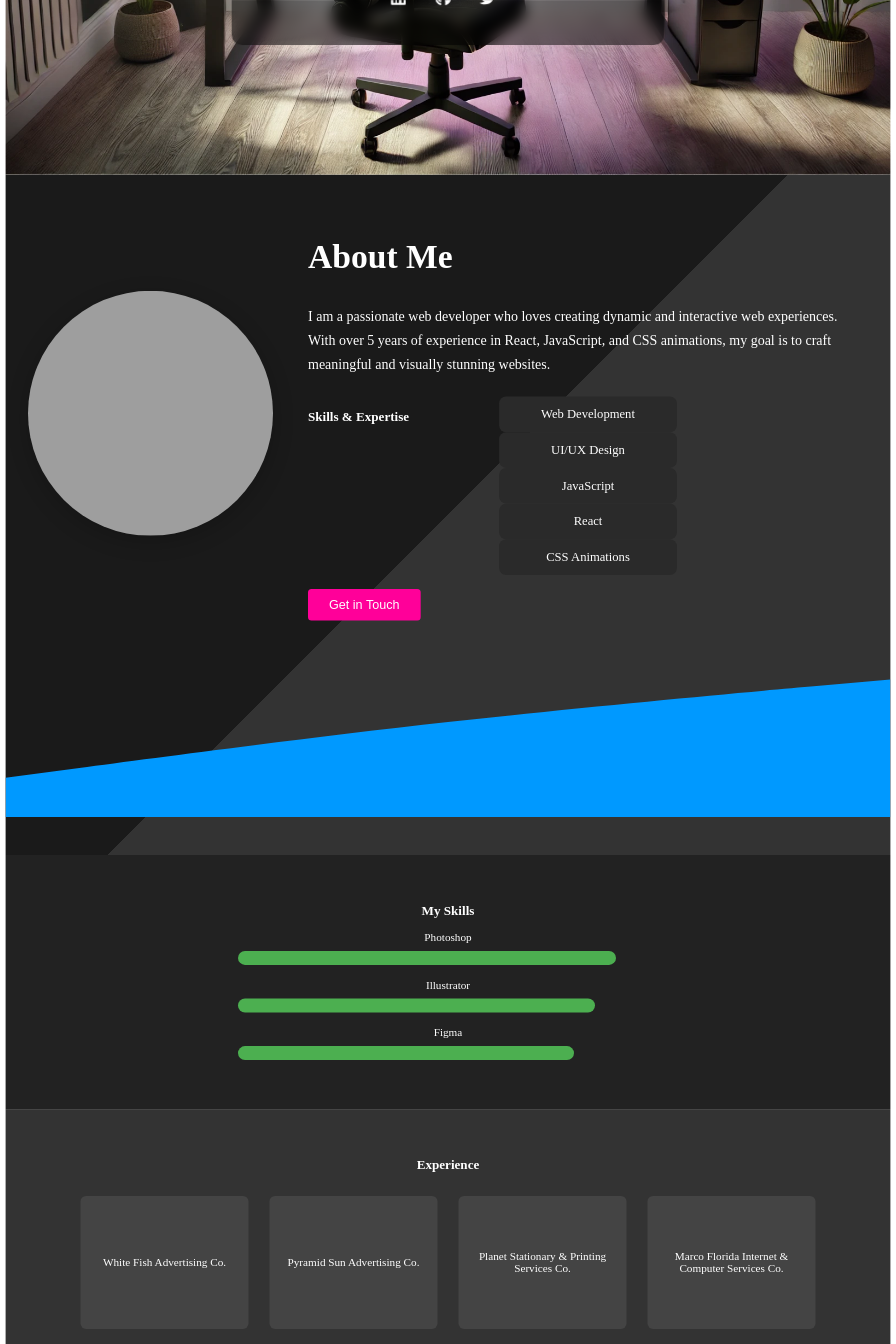
Repository: izhanlaraagarcia/izhanlaraagarcia.github.io
Page: / (app in vite-project/)
An editor plug-in stored every save of this project. The page is shown before and after the next save, followed by the edit.
The browser window is 1280 px wide. The pictures show the part of the page from y = 558 to 2478 px (the page is 2674 px tall before and 2390 px after), at 70% of full size.
Pictures or frames that could not be fetched are drawn as grey boxes. The project was rebuilt for these pictures with package versions that can differ from the ones it lists, and the page was loaded fresh each time. Also part of the build but not shown: vite-project/vite.config.js.

Above is the page before, as saved 2024-09-18 11:48:58.

After the next save:
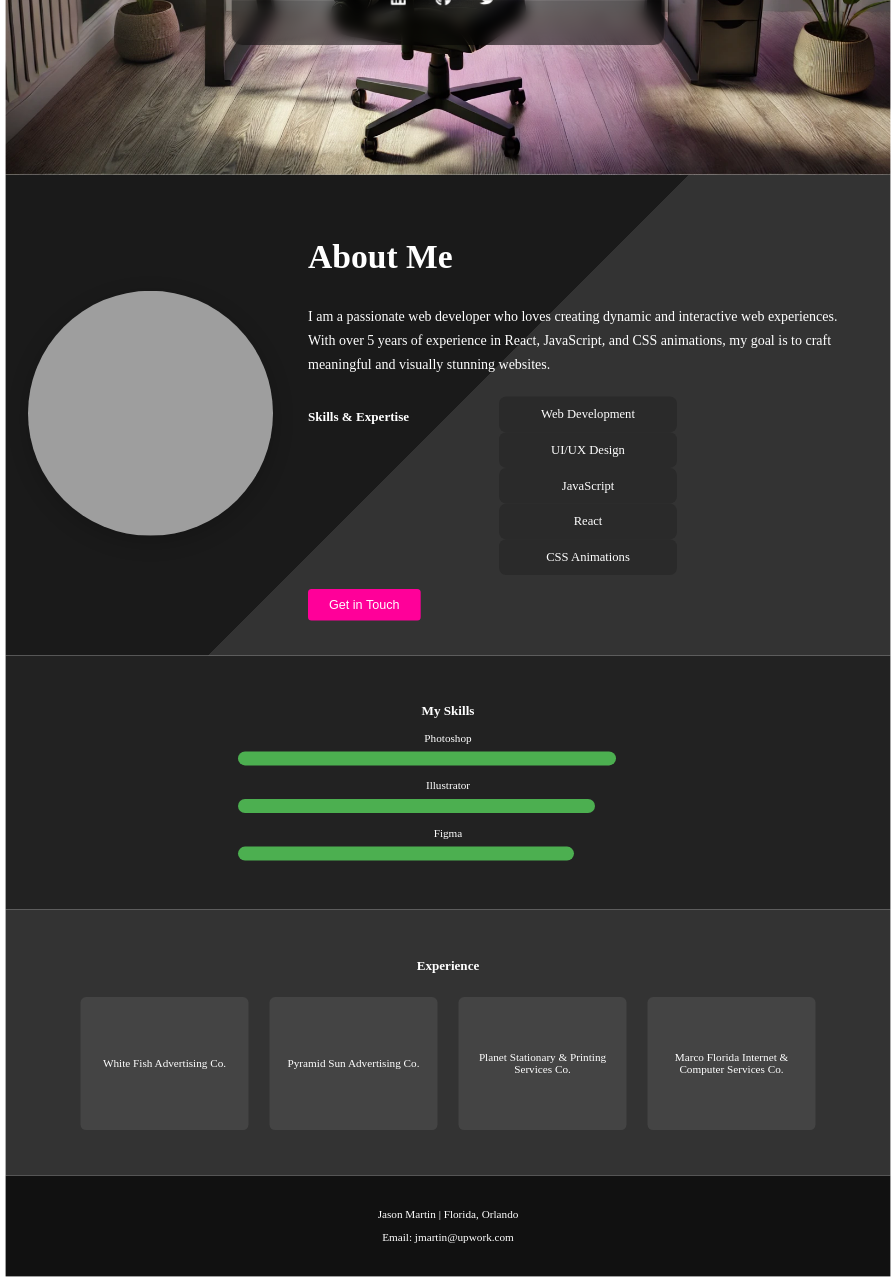
Saved 13 s later.
--- a/vite-project/src/components/AboutComponent.jsx
+++ b/vite-project/src/components/AboutComponent.jsx
@@ -83,11 +83,7 @@ const AboutComponent = ({ language }) => {
         </motion.div>
       </motion.div>
 
-      <div className="section-divider">
-        <svg viewBox="0 0 1440 320">
-          <path fill="#0099ff" fillOpacity="1" d="M0,256L120,240C240,224,480,192,720,165.3C960,139,1200,117,1320,106.7L1440,96V320H0Z"></path>
-        </svg>
-      </div>
+
     </section>
   );
 };
